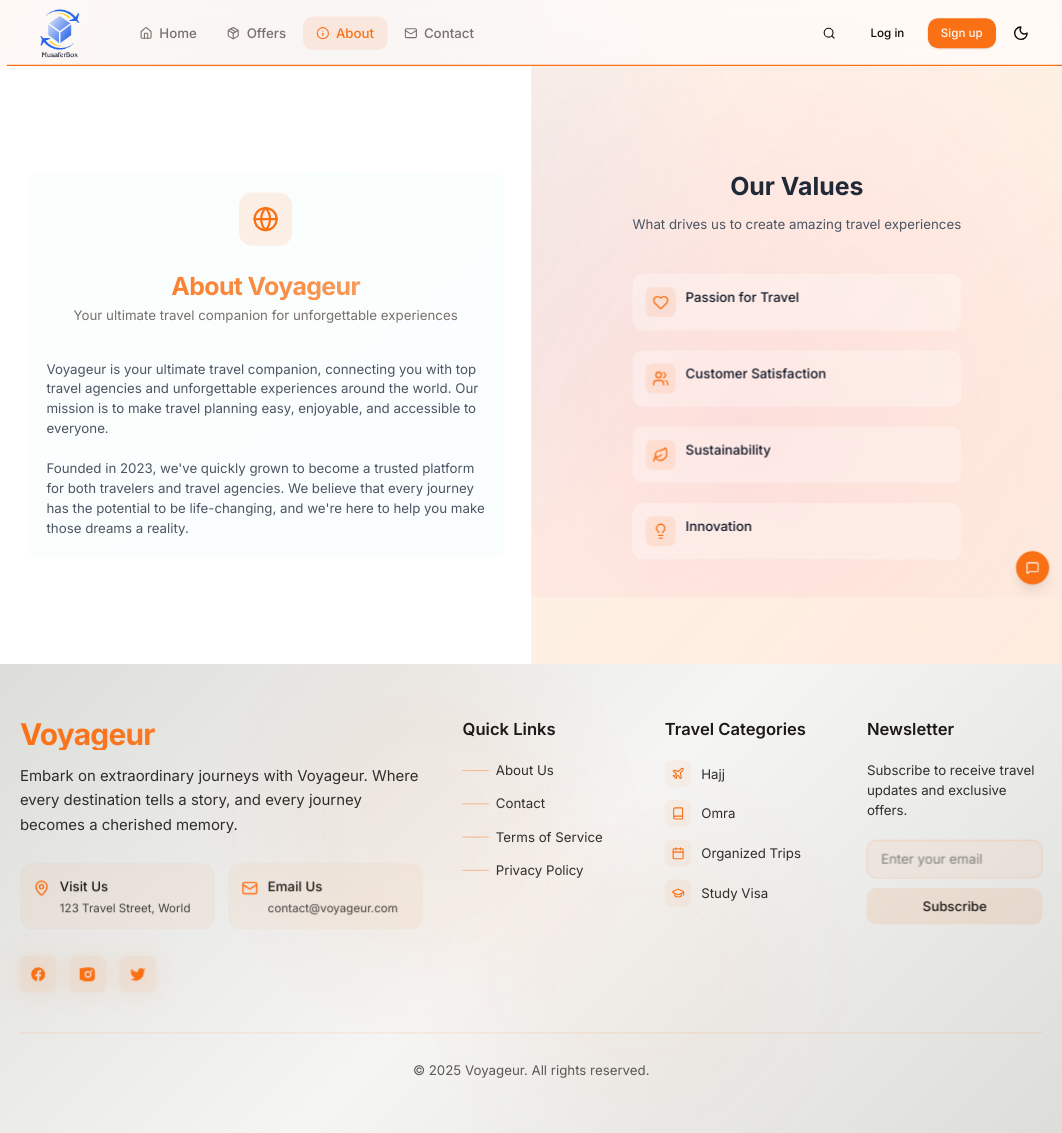
Repository: SYK3S999/musafir-box-platform
Page: /about
These files come from the project's save history. The page is drawn as it stood at one moment and after the next save; the edit follows.
The browser window is 1280 px wide. The pictures show the whole page, at 83% of full size.
The project was rebuilt for these pictures with package versions that can differ from the ones it lists, and the page was loaded fresh each time. The framework's server and built-in components were replaced by stand-ins that run in the browser. Also part of the build but not shown: next.config.mjs, components/ui/input.tsx, components/ui/avatar.tsx, components/ui/dropdown-menu.tsx.

Above is the page before, as saved 2025-02-13 15:17:55.

After the next save:
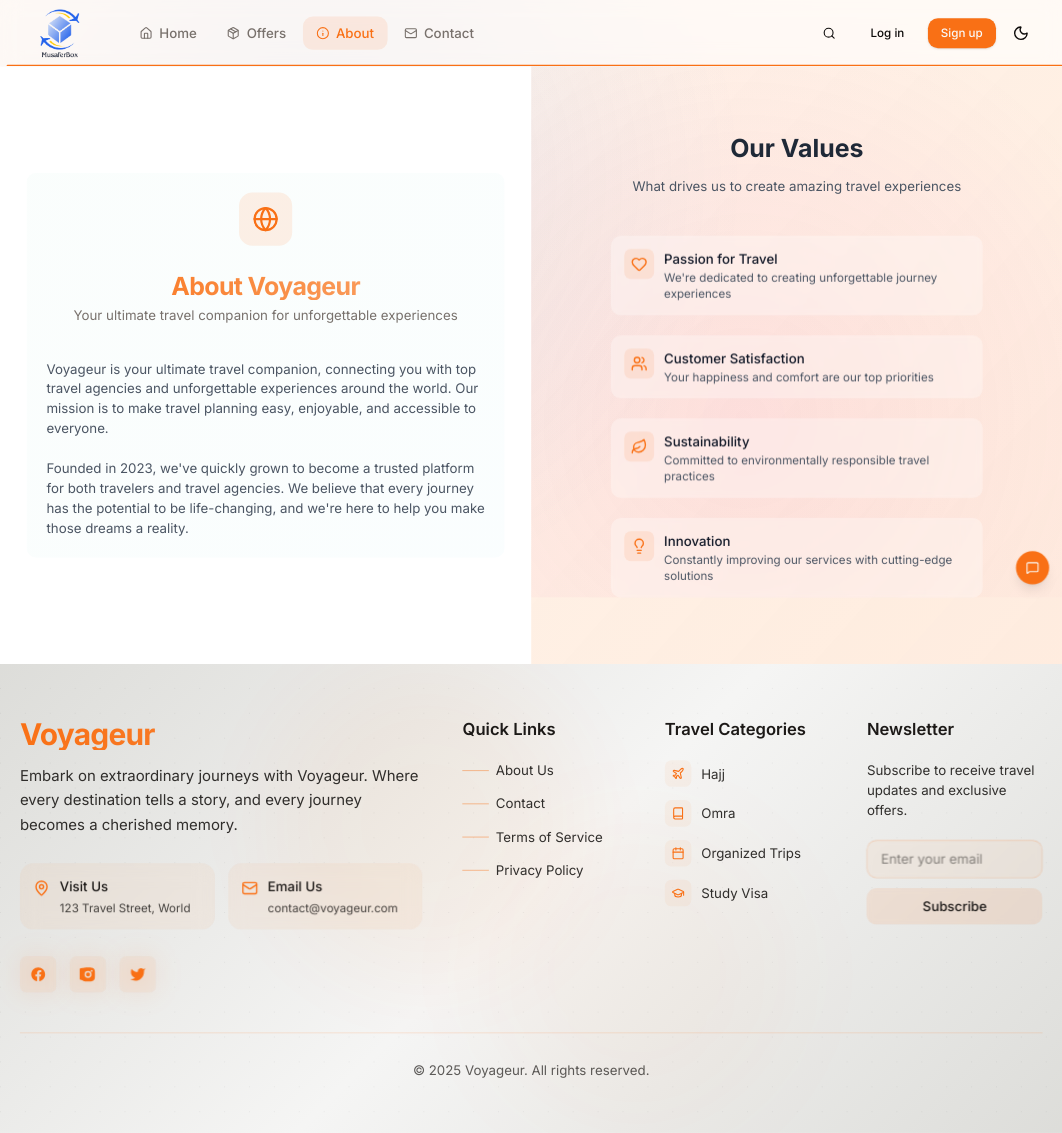
Saved 81 s later.
--- a/app/about/page.tsx
+++ b/app/about/page.tsx
@@ -26,7 +26,13 @@ const AnimatedBackground = () => (
   </div>
 )
 
-const ValueCard = ({ icon: Icon, title, description }) => (
+interface ValueCardProps {
+  icon: React.ComponentType<{ className?: string }>;
+  title: string;
+  description: string;
+}
+
+const ValueCard = ({ icon: Icon, title, description }: ValueCardProps) => (
   <motion.div
     whileHover={{ scale: 1.05 }}
     className="flex items-start space-x-3 p-4 rounded-xl bg-white/30 backdrop-blur-sm"
@@ -121,25 +127,25 @@ export default function AboutPage() {
             <ValueCard
               icon={Heart}
               title="Passion for Travel"
-              content="We're dedicated to creating unforgettable journey experiences"
+              description="We're dedicated to creating unforgettable journey experiences"
             />
 
             <ValueCard
               icon={Users}
               title="Customer Satisfaction"
-              content="Your happiness and comfort are our top priorities"
+              description="Your happiness and comfort are our top priorities"
             />
 
             <ValueCard
               icon={Leaf}
               title="Sustainability"
-              content="Committed to environmentally responsible travel practices"
+              description="Committed to environmentally responsible travel practices"
             />
 
             <ValueCard
               icon={Lightbulb}
               title="Innovation"
-              content="Constantly improving our services with cutting-edge solutions"
+              description="Constantly improving our services with cutting-edge solutions"
             />
           </motion.div>
         </div>
